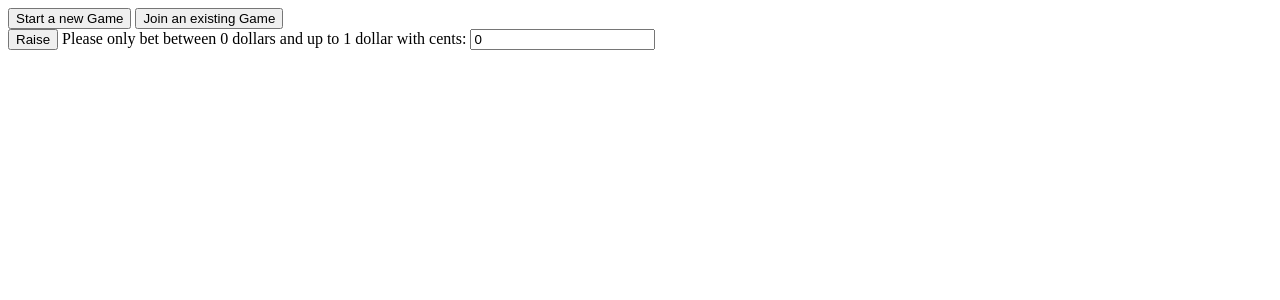
Repository: J2EEBeliever/ISA681_Poker2
Page: http://localhost/StrutsAjax/
These files come from the project's save history. The page is drawn as it stood at one moment and after the next save; the edit follows.
The browser window is 1280 px wide. The pictures show the whole page.
The page is served by Tomcat 9. Nobody is signed in. The application's start-up code is not run.

Above is the page before, as saved 2015-12-04 19:58:55.

After the next save:
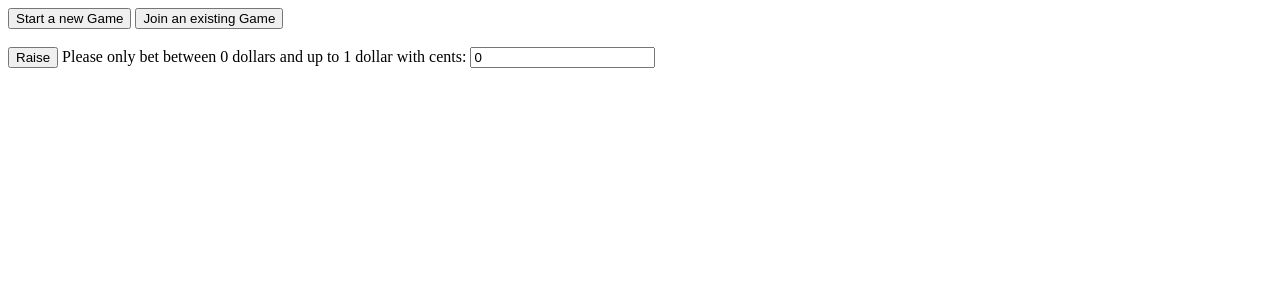
Saved 81 s later.
--- a/SOURCE/StrutsAjax/WebContent/index.jsp
+++ b/SOURCE/StrutsAjax/WebContent/index.jsp
@@ -310,7 +310,7 @@ $(document).ready(function() {
 	<!-- input type="button" value="Join an existing Game" id="buttonJoinGame" -->
 	<input type="button" value="Join an existing Game" id="buttonJoinGame2">
 
-	<BR><input type="button" name = "raise" value = "Raise" id = "raise"  onclick="raise()">
+	<BR><BR><input type="button" name = "raise" value = "Raise" id = "raise"  onclick="raise()">
 	Please only bet between 0 dollars and up to 1 dollar with cents: <input type = "text" name = "betAmount"  value = "0" id = "betAmount">
 
 
